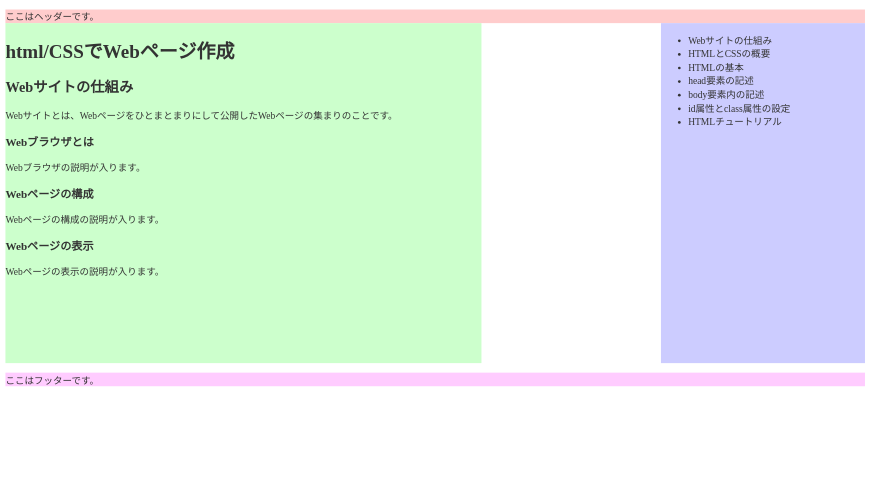
Repository: ichiro-fujii/kadai-commit
Page: lesson-htmlcss/kadai-html.html
The author's editor kept a record of every edit. The page is drawn from the files as they stood at one moment, then again after the next edit.
The browser window is 1280 px wide. The pictures show the whole page, at 68% of full size.

Above is the page before.

### lesson-htmlcss/kadai-html.html
<!DOCTYPE html>
<html lang="ja">
    <head>
        <meta charset="UTF-8">
        <title>HTML/CSSでＷｅｂページ作成</title>
        <link rel="stylesheet" href="kadai-css.css">
    </head>
    <body>
        <!--ここからヘッダー-->
        <header>
            <p>ここはヘッダーです。</p>
        </header>
        <!--wrapperはなぜ入れるのですか-->
        <div id="wrapper">
        <div id="main">
            <h1>html/CSSでWebページ作成</h1>
            <h2>Webサイトの仕組み</h2>
            <p>Webサイトとは、Webページをひとまとまりにして公開したWebページの集まりのことです。</p>
            <h3>Webブラウザとは</h3>
            <p>Webブラウザの説明が入ります。</p>
            <h3>Webページの構成</h3>
            <p>Webページの構成の説明が入ります。</p>
            <h3>Webページの表示</h3>
            <p>Webページの表示の説明が入ります。</p>
            </div>
            <nav id="menu">
                <ul>
                    <li>Webサイトの仕組み</li>
                    <li>HTMLとCSSの概要</li>
                    <li>HTMLの基本</li>
                    <li>head要素の記述</li>
                    <li>body要素内の記述</li>
                    <li>id属性とclass属性の設定</li>
                    <li>HTMLチュートリアル</li>
                </ul>
            </nav>
            </div>
            <footer>
            <p>ここはフッターです。</p>
        </footer>


    </body>
</html>

### lesson-htmlcss/kadai-css.css
@charset "UTF-8";
/*チャプター：全体の設定*/
body {

    margin: 1000;
    padding: 0;
    color: #333;
    font-size: 14px;
}
header {
    height: 20px;
    background-color:#ffcccc;
    }
#wrapper {
    display: flex;
    justify-content:space-between;
}
#main {
    float: left;
    width: 700px;
    height: 500px;
    background-color: #ccffcc;
}
#menu {
    float: right;
    width: 300px;
    height: 500px;
    background-color: #ccccff;
}
footer {
    height: 20px;
    background-color: #ffccff;
}

After the next edit:
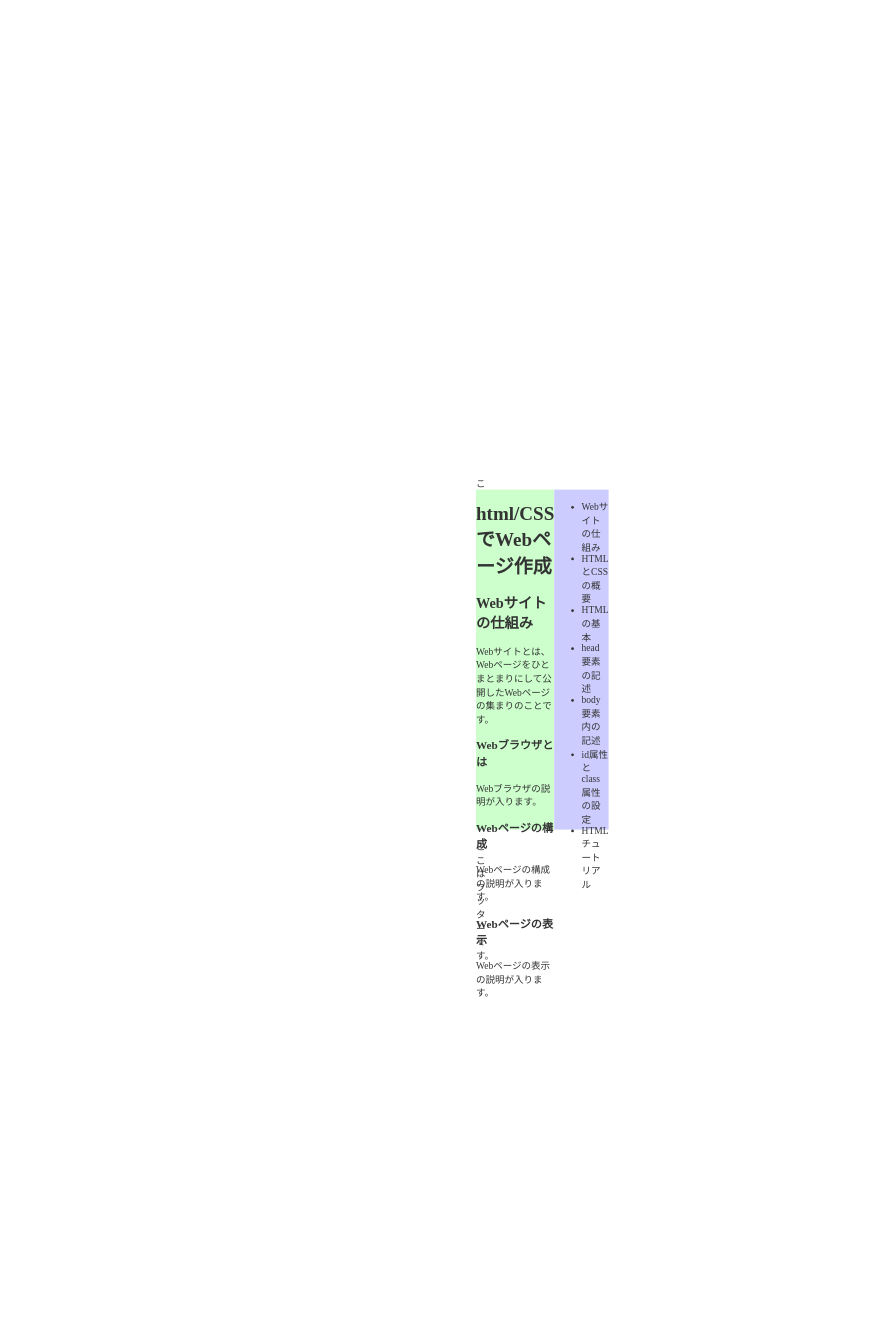
The edit:
--- a/lesson-htmlcss/kadai-css.css
+++ b/lesson-htmlcss/kadai-css.css
@@ -2,7 +2,7 @@
 /*チャプター：全体の設定*/
 body {
 
-    margin: 1000;
+    margin: 700px;
     padding: 0;
     color: #333;
     font-size: 14px;
